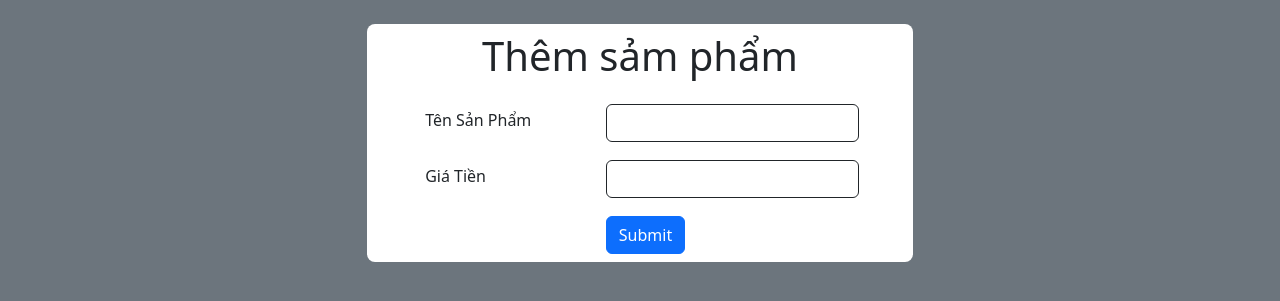
Repository: HT-35/iuh
Page: thi GK/index.html
An editor plug-in stored every save of this project. The page is shown before and after the next save, followed by the edit.
The browser window is 1280 px wide. The pictures show the whole page.

Above is the page before, as saved 2024-03-27 18:31:50.

After the next save:
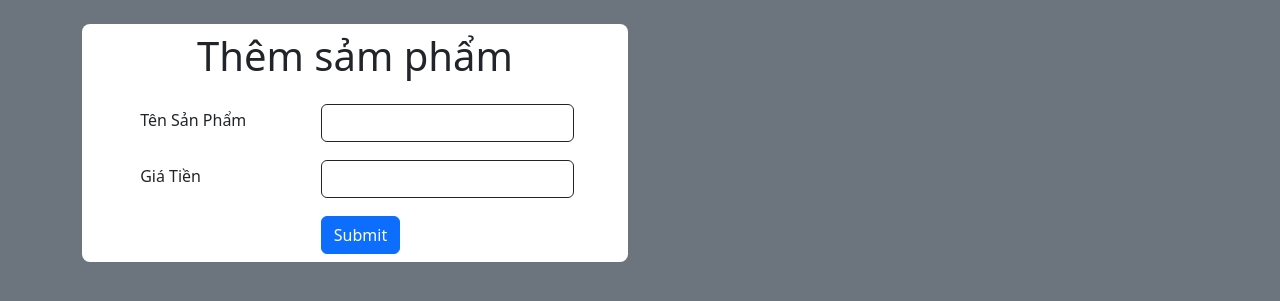
Saved 47 s later.
--- a/thi GK/index.html
+++ b/thi GK/index.html
@@ -12,7 +12,7 @@
 
   <div class="row">
 
-    <div class="col-sm-3 col-md-3 col-lg-3"></div>
+    <!-- <div class="col-sm-3 col-md-3 col-lg-3"></div> -->
 
     <div class="col-sm-6 col-md-6 col-lg-6">
       <div class="  bg-white rounded-3 p-2 w-100 mt-4">
